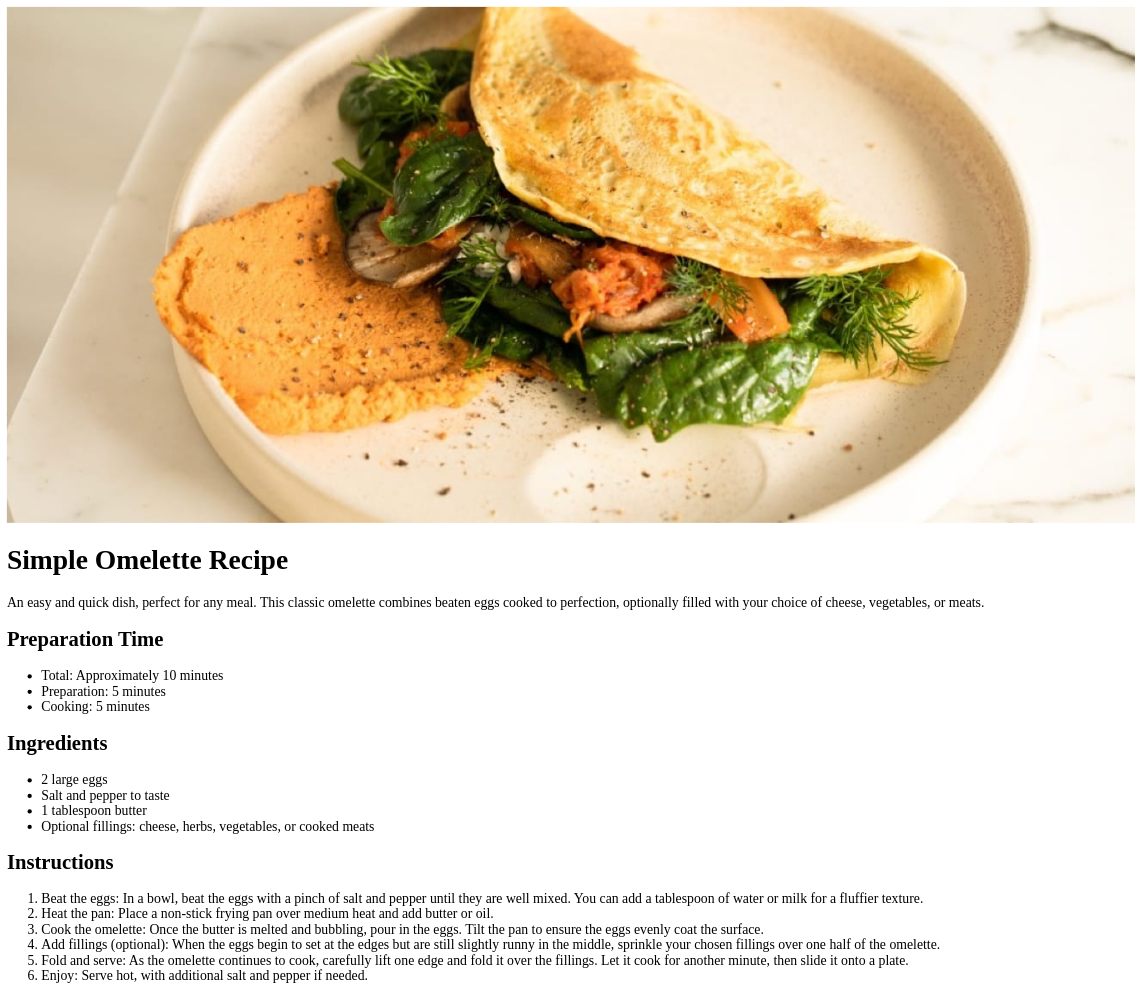
Repository: akbasliogulcan/omletterecipe
Page: index.html
An editor plug-in stored every save of this project. The page is shown before and after the next save, followed by the edit.
The browser window is 1280 px wide. The page is 1320 px wide, so the pictures cover 1320 px, including what lies to the right of the window. The pictures show the whole page, at 86% of full size.

Above is the page before, as saved 2025-07-20 17:19:42.

After the next save:
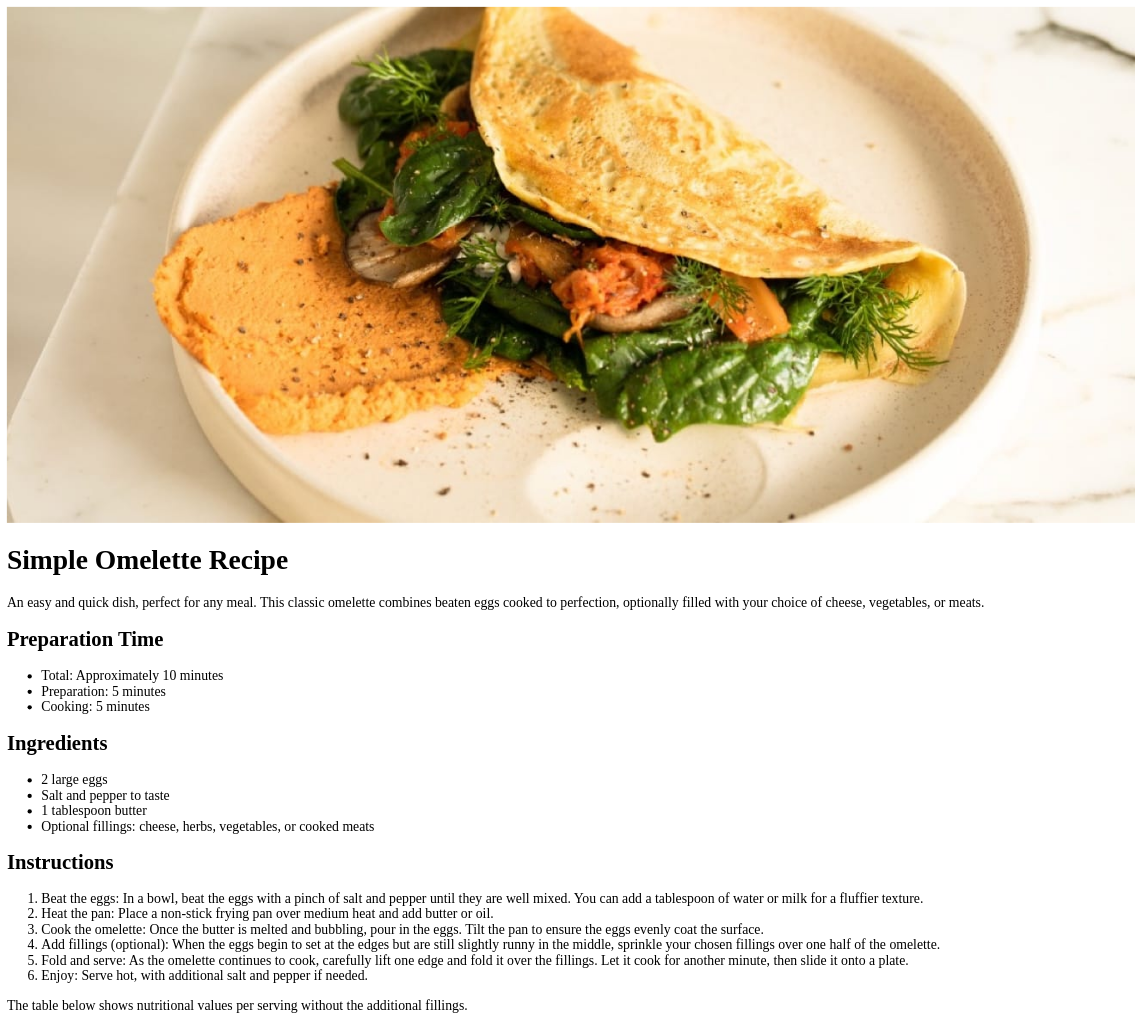
Saved 100 s later.
--- a/index.html
+++ b/index.html
@@ -61,9 +61,14 @@
           As the omelette continues to cook, carefully lift one edge and fold it over the
           fillings. Let it cook for another minute, then slide it onto a plate.
         </li>
-        <li> Enjoy: Serve hot, with additional salt and pepper if needed.
+        <li><span> Enjoy:</span> Serve hot, with additional salt and pepper if needed.
         </li>
       </ol>
+    </div>
+
+    <div class="nutrition">
+      <p> The table below shows nutritional values per serving without the additional fillings.
+      </p>
     </div>
 
   </div>
